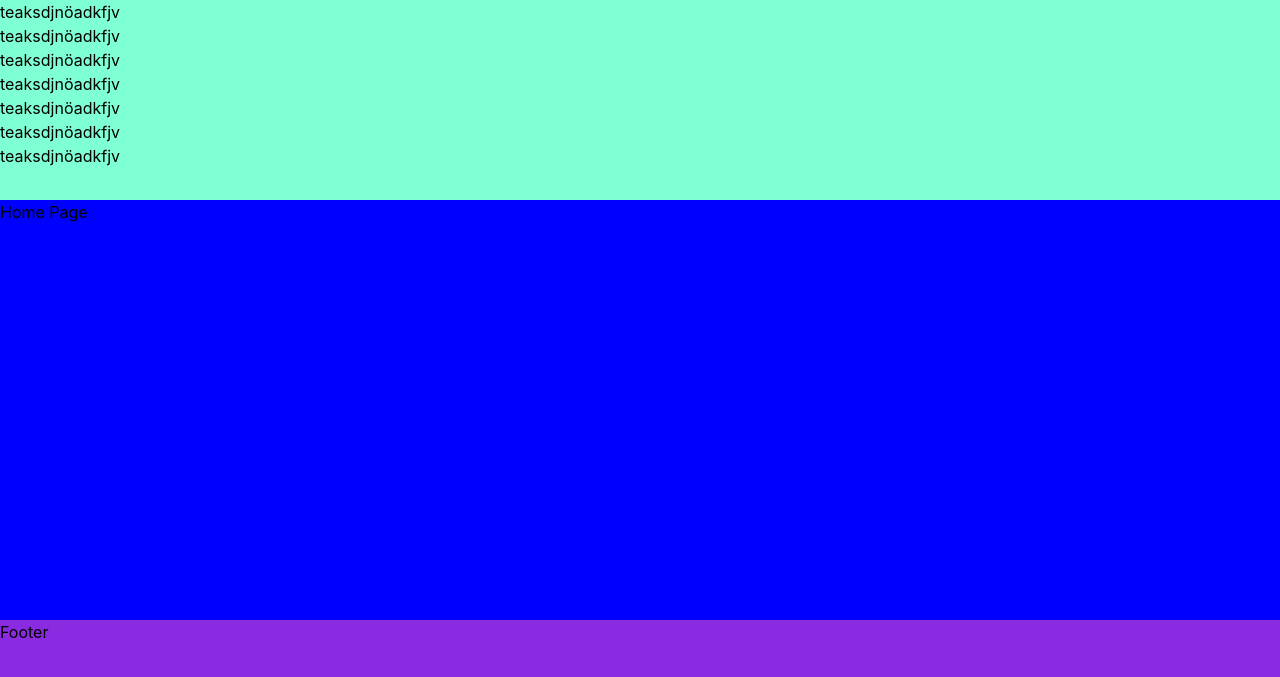
Repository: Coralee-Long/react-bits
Page: /
These files come from the project's save history. The page is drawn as it stood at one moment and after the next save; the edit follows.
The browser window is 1280 px wide. The pictures show the whole page.
The project was rebuilt for these pictures with package versions that can differ from the ones it lists, and the page was loaded fresh each time. Also part of the build but not shown: src/pages/ContactPage.js, src/components/projects/TailwindCheatsheet/components/TailwindGrid.utils.js, src/components/projects/TailwindCheatsheet/components/TailwindGrid.js, src/components/projects/TailwindCheatsheet/data/tailwindData.js, src/components/navigation/SideNavBar.js, src/pages/TailwindCheatsheetPage.js, src/pages/VideoGeneratorPage.js, src/pages/ChatGptPage.js and 4 more.

Above is the page before, as saved 2024-02-09 16:26:06.

After the next save:
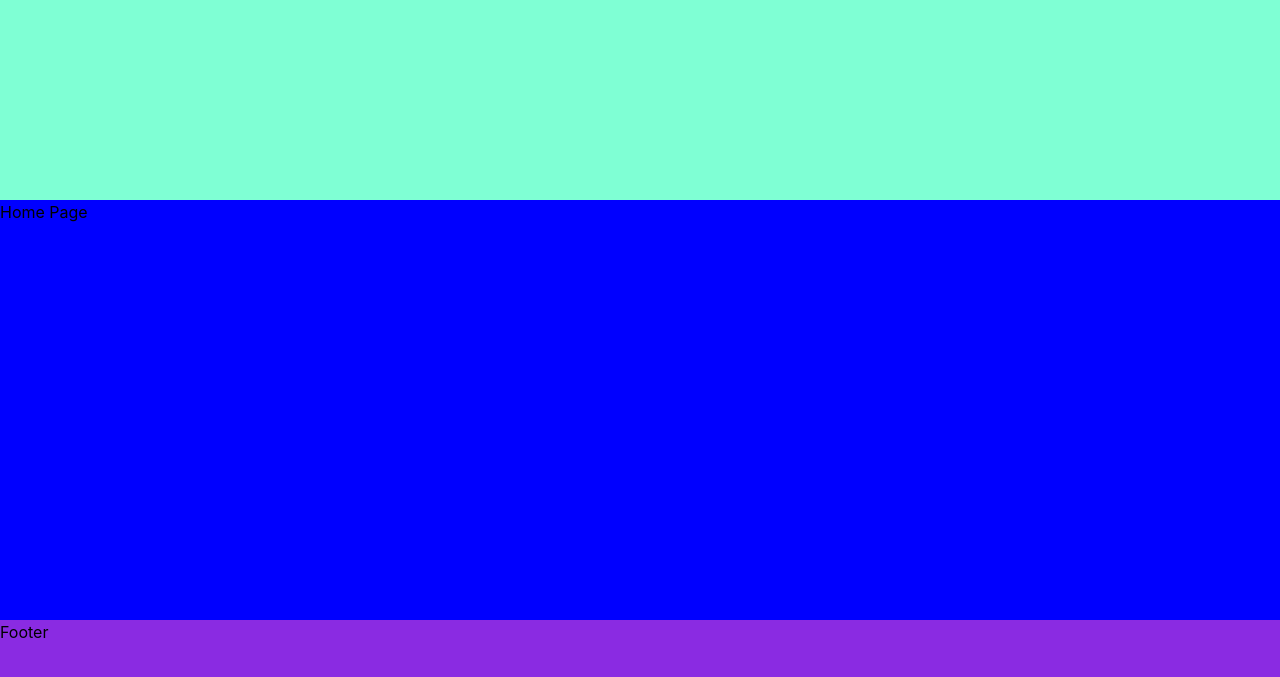
Saved 13 s later.
--- a/src/components/commons/DropDown/Dropdown.js
+++ b/src/components/commons/DropDown/Dropdown.js
@@ -7,7 +7,6 @@ export const Dropdown = () => {
       <ul>
         {pages.map((page) => (
           <li key={page.name}>
-            teaksdjnöadkfjv
             {/* <Link to={page.path}>{page.name}</Link> */}
           </li>
         ))}
